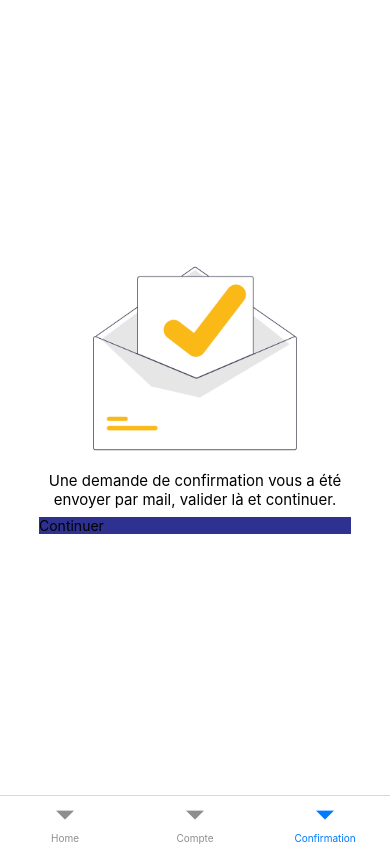
Repository: Norlan-20/Last-Afrilink
Screen: /Confirmation
These files come from the project's save history. The screen is drawn as it stood at one moment and after the next save; the edit follows.
The app was drawn by React Native's web renderer in a window 390 px wide. The project was rebuilt for these pictures with package versions that can differ from the ones it lists, and the page was loaded fresh each time. Also part of the build but not shown: screen/User.js.

Above is the screen before, as saved 2021-09-24 22:19:50.

### App.js
/* eslint-disable prettier/prettier */
import React from 'react'
import {View} from 'react-native'
import { NavigationContainer } from '@react-navigation/native'
import { createNativeStackNavigator } from '@react-navigation/native-stack'
import { createBottomTabNavigator } from '@react-navigation/bottom-tabs'
import HomeScreen from './screen/Home'
import UserScreen from './screen/User'
import ConfirmationScreen from './screen/Confirmation'

const Tab = createBottomTabNavigator();
const Stack = createNativeStackNavigator();


const App = () => {
  return (
    <NavigationContainer>
      <Tab.Navigator screenOptions={{headerShown: false}} >
        <Tab.Screen name="Home" component={HomeScreen}/>
        <Tab.Screen name="Compte" component={UserScreen}/>
        <Tab.Screen name="Confirmation" component={ConfirmationScreen}/>
      </Tab.Navigator>
    </NavigationContainer>
  );
};

export default App;

### screen/Home.js
/* eslint-disable prettier/prettier */
import React from 'react';
import {View, Text, StyleSheet, StatusBar, Dimensions, ScrollView} from 'react-native';
import { Header, Icon, Image, SearchBar } from 'react-native-elements';
import Categorie from '../component/categorie';
import Produit from '../component/produit';
// import EvilIcons from 'react-native-vector-icons/EvilIcons';

const {width,height} = Dimensions.get('window');
const fond = '#F7F7F7';
const primary = '#2e3190';
const search = '#DDDDDD';

const HomeScreen = props => {
    return (
        <View style={styles.container}>
            <StatusBar hidden={false}/>
            <Header
                leftComponent={<Icon name="navicon" type="evilicon" size={40} color="#FFF"/>}
                centerComponent={<Image source={require('../assets/logobleu.jpg')} style={{width: 200, height: 50}} />}
                rightComponent={<Icon name="cart" type="evilicon" size={40} color="#FFF"/>}
                backgroundColor={primary}
            />
            <SearchBar
                placeholder="Rechercher"
                round
                lightTheme
                containerStyle={{ width: width,backgroundColor: fond, borderWidth: 0}}
                inputContainerStyle={{ height: 45, backgroundColor: search, borderRadius: 150 }}
                inputStyle={{ height: 45,backgroundColor: search }}
                // searchIcon={<Icon name="user" type="ionicon" />}
                showCancel
                cancelIcon
                onClear
                style={{width: width}}
            />
            <ScrollView>
                <Categorie nom="Catégorie" />
                <Produit nom="Vedette" />
            </ScrollView>
        </View>
    );
};

const styles = StyleSheet.create({
    container:{
        flex: 1,
        backgroundColor: '#F7F7F7',
    },
});

export default HomeScreen;

### screen/Confirmation.js
/* eslint-disable prettier/prettier */
import React from 'react';
import  { View, Text, StyleSheet, Dimensions, Image } from 'react-native';
import { Continuer } from '../component/button';

const {width} = Dimensions.get('window');
const fond = '#F7F7F7';
const primary = '#2e3190';

const ConfirmationScreen = () => {
    return (
        <View style={styles.container}>
            <Image source={require('../assets/mailsent.png')} style={{ width: width - 100, height: width / 2}}/>
            <Text style={styles.message}>Une demande de confirmation vous a été envoyer par mail, valider là et continuer.</Text>
            <Continuer />
        </View>
    );
};

const styles = StyleSheet.create({
    container:{
        flex: 1,
        backgroundColor: '#FFF',
        alignItems: 'center',
        justifyContent: 'center',
    },
    message:{
        width: width - (width / 5),
        textAlign: 'center',
        fontSize: 15,
        marginTop: 15
    },
});

export default ConfirmationScreen;

### component/button.js
/* eslint-disable prettier/prettier */
import React from 'react'
import { TouchableOpacity, Text, Dimensions } from 'react-native'

const {width} = Dimensions.get('window');
const primary = '#2e3190';

export const Continuer = () => {
    return(
        <TouchableOpacity style={{ backgroundColor: primary, width: width - (width / 5) ,marginTop: 8}}>
            <Text>Continuer</Text>
        </TouchableOpacity>
    );
};

Loaded but not shown: component/categorie.js (library); component/produit.js (library)

After the next save:
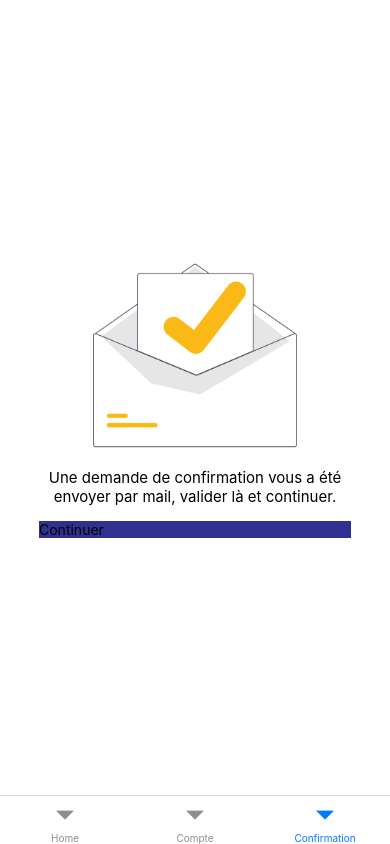
Saved 6 s later.
--- a/component/button.js
+++ b/component/button.js
@@ -7,7 +7,7 @@ const primary = '#2e3190';
 
 export const Continuer = () => {
     return(
-        <TouchableOpacity style={{ backgroundColor: primary, width: width - (width / 5) ,marginTop: 8}}>
+        <TouchableOpacity style={{ backgroundColor: primary, width: width - (width / 5) ,marginTop: 15}}>
             <Text>Continuer</Text>
         </TouchableOpacity>
     );
